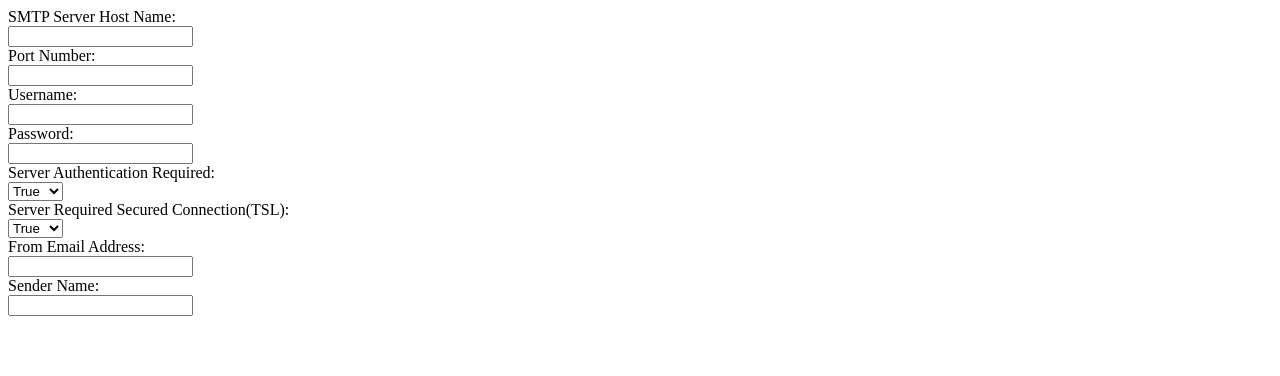
Repository: thanhadp24/mylocal
Page: http://localhost/settings/mail_server
These files come from the project's save history. The page is drawn as it stood at one moment and after the next save; the edit follows.
The browser window is 1280 px wide. The pictures show the whole page.
The page is this project's Thymeleaf template; nobody is signed in. The template is opened directly, without the code that normally fills it, so the values that code supplies are empty.

Above is the page before, as saved 2024-12-11 16:13:03.

After the next save:
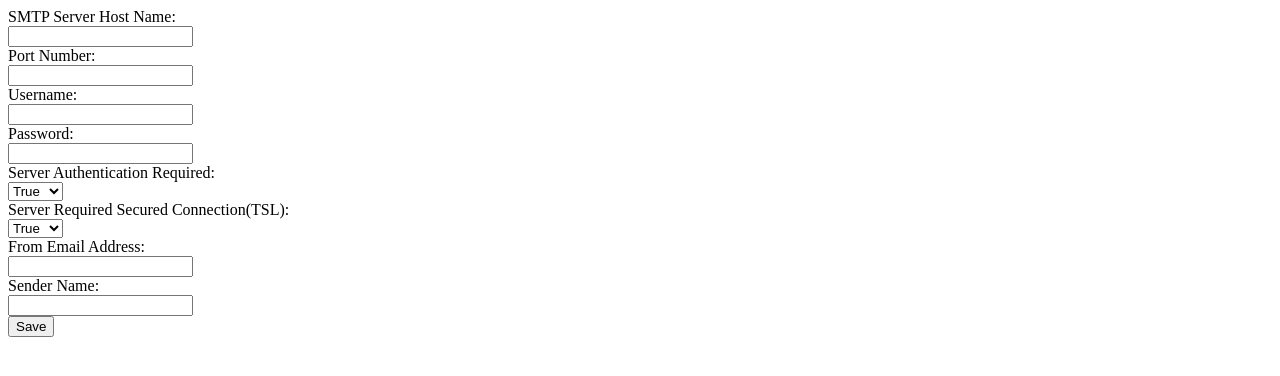
Saved 20 s later.
--- a/ShopappProject/ShopappWebParent/ShopappBackEnd/src/main/resources/templates/settings/mail_server.html
+++ b/ShopappProject/ShopappWebParent/ShopappBackEnd/src/main/resources/templates/settings/mail_server.html
@@ -57,6 +57,9 @@
 			<input type="text" class="form-control" >
 		</div>
 	</div>
+	<div>
+		<input type="submit" value="Save">
+	</div>
 
 </div>
 </body>
